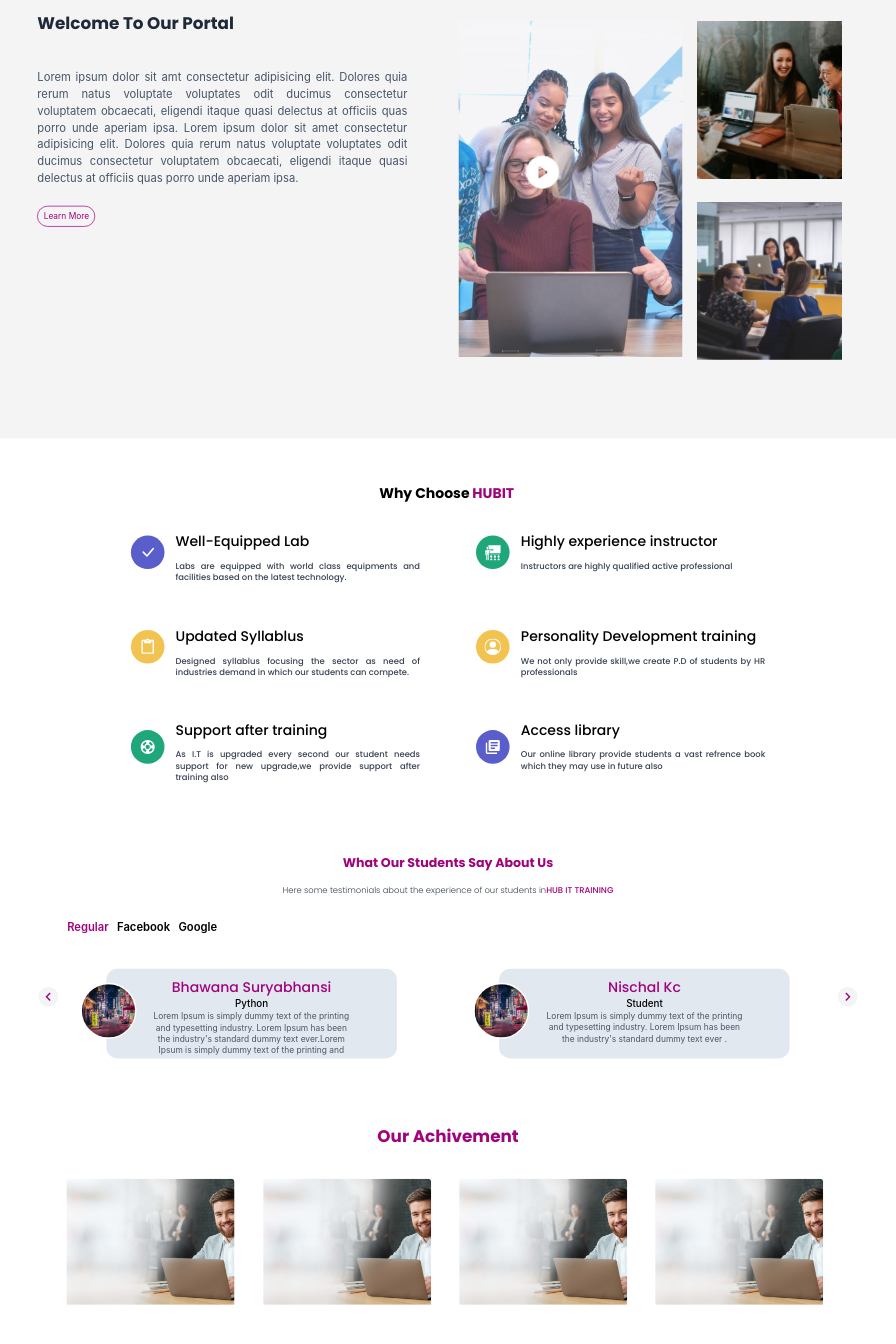
Repository: praveenmunagapati/hgllearnv2
Page: /HomePage
The author's editor kept a copy of each file at every save. The page is drawn from the files as they stood at one save, then again after the next save.
The browser window is 1280 px wide. The pictures show the part of the page from y = 1460 to 3380 px (the page is 5014 px tall), at 70% of full size.
The page's requests for data from a server got no answer. The project was rebuilt for these pictures with package versions that can differ from the ones it lists, and the page was loaded fresh each time. The framework's server and built-in components were replaced by stand-ins that run in the browser. No one was signed in, and anything a server would have sent is missing. Also part of the build but not shown: next.config.js, components/PageComponent/HomePage/Companymoto/Moto.jsx.

Above is the page before, as saved 2023-02-19 16:32:04.

### pages/_app.js
import Analytics from "../components/SEO/Seo";
import "../styles/globals.css";
import "../styles/SCSS/master.scss";

function MyApp({ Component, pageProps }) {
  return <div>
    <Analytics />
    <Component {...pageProps} />
  </div>
}

export default MyApp;

### styles/globals.css
html,
body {
  padding: 0;
  margin: 0;
  font-family: -apple-system, BlinkMacSystemFont, Segoe UI, Roboto, Oxygen,
    Ubuntu, Cantarell, Fira Sans, Droid Sans, Helvetica Neue, sans-serif;
    scroll-behavior: smooth;
    box-sizing: border-box;
}

a {
  color: inherit;
  text-decoration: none;
}

* {
  box-sizing: border-box;
}

.info::-webkit-scrollbar{
  display: none;

}
.info{
  width: 20vw;

}
@tailwind base;
@tailwind components;
@tailwind utilities;

### styles/SCSS/master.scss
@import "./utils.scss";

### components/PageComponent/HomePage/WhyHub/whyHub.js
import { BsCheckLg , BsPersonCircle } from "react-icons/bs";
import { MdOutlineSupport, MdLibraryBooks, MdOutlineContentPaste } from "react-icons/md";
import { GiTeacher } from "react-icons/gi";
const WhyHub = () => {
  let data = [
    {

      icon: <BsCheckLg />,
      title: "Well-Equipped Lab",
      color:"#5A5ECA",
      description:
        "Labs are equipped with world class equipments and facilities based on the latest technology.",
    },
    {
      icon: <GiTeacher />,
      title: "Highly experience instructor",
      color:"#1FA67A",
      description:
        "Instructors are highly qualified active professional",
    },
    {
      icon: <MdOutlineContentPaste />,
      color:"#F2C351",
      title: "Updated Syllablus",
      description:
        "Designed syllablus focusing the sector as need of industries demand in which our students can compete.",
    },
    {
      icon: <BsPersonCircle/>,
      color:"#F2C351",
      title: "Personality Development training",
      description: "We not only provide skill,we create P.D of students by HR professionals",
    },
    {
      icon: <MdOutlineSupport />,
      color:"#1FA67A",
      title: "Support after training",
      description:
        "As I.T is upgraded every second our student needs support for new upgrade,we provide support after training also",
    },
    {
      icon: <MdLibraryBooks />,
      color:"#5A5ECA",
      title: "Access library",
      description:
        "Our online library provide students a vast refrence book which they may use in future also",
    },
  ];

  return (
    <div className="px-4 md:px-8 lg:px-20 xl:px-24 xxl:px-32 w-full h-max my-16 Poppins">
      <div className="flex flex-col lg:flex-col xl:flex-col xxl:flex-col w-full h-max gap-7 items-center justify-center">
        <div className="flex justify-center  w-full lg:w-2/6 xl:w-2/6 xxl:w-2/6 ">
          <div className="w-max text-lg xl:text-xl xxl:text-2xl capitalize Poppins font-bold">
            Why Choose
            <span className="w-max p-1 text-[#a0047d] text-lg xl:text-xl xxl:text-2xl capitalize Poppins font-bold text-justify ">
             HUBIT
          </span>
          </div>

        </div>
        <div className="grid grid-cols-2 md:grid-cols-2 xs:grid-cols-1 lg:grid-cols-3 xl:grid-cols-2 xxl:grid-cols-3 gap-x-20 gap-y-12 w-full lg:w-4/6 xl:w-5/6 xxl:w-5/6">
          {data.map((item,i) => {
            return (
              <div key={i}>
                <div className="flex h-full gap-4 items-center ">
                  <div className={`p-3 text-white  rounded-full text-2xl xxl:text-lg`} style={{
                    background:item.color
                  }}>
                    {item.icon}
                  </div>
                  <div className="h-full w-full flex flex-col ">
                  <div className=" xl:text-sm xxl:text-base w-full h-fit">
                    <h1 className=" text-xl font-medium">{item.title}</h1>
                  </div>
                  <div className="w-full h-full text-justify text-xs xl:text-xs  xxl:text-base text-gray-700">
                    {item.description}
                  </div>
                  </div>
                </div>
              </div>
            );
          })}
        </div>
      </div>
    </div>
  );
};
export default WhyHub;

### pages/HomePage/Home.jsx
import React from "react";
import { AiFillPlayCircle } from "react-icons/ai";
import Icons from "../../components/Navigation/Navitem/iconitem";
import teacher from "../../public/teacher.png";
import Image from "next/image";
import Link from "next/link";

function Home() {
  return (
    <>
      <div
        className="flex flex-col lg:flex-row xl:flex-row xxl:flex-row
          w-full justify-center items-center pb-20 pt-10
        md:px-8 lg:px-20 xl:px-24 xxl:px-32 px-4 bg-[#fafafa]"
      >
        <div className="h-max md:w-3/6 lg:w-3/6 xl:w-3/6 xxl:w-3/ 6 w-full ">
          <div className="flex mb-3">
            {Icons.map((icon, index) => {
              return (
                <div
                  key={index}
                  className="p-1 rounded-full bg-transparent flex justify-center items-center border border-[#A0047D] hover:border-none mr-2"
                >
                  <span className="text-[#A0047D] cursor-pointer hover:scale-90 duration-300 delay-200 transition-all text-base xl:text-lg xxl:text-xl">
                    <Link href={icon.path} passHref>
                      <a target={"_blank"}>{icon.icon}</a>
                    </Link>
                  </span>
                </div>
              );
            })}
          </div>
          <div className="font-bold xl:text-xl xxl:text-2xl text-[#A0047D] mb-1">
            <h1>IT Training Institute in Nepal</h1>
          </div>
          <div className="text-xs xl:text-sm xxl:text-base text-gray-700 pr-6 text-justify">
            <p>
              HUB IT is recognized as one of Nepal’s best global skill
              development and IT training centers. The journey of HUB IT started
              in 2017 with a big dream to bring applied education to the mass
              population at an affordable cost. The main purpose of HUB IT is to
              facilitate, with the best IT-related skills.
            </p>
          </div>
          <div className="flex py-8">
            <button
              className={
                "border-[1.5px] border-[#A0047D] rounded-full mr-6 px-2 text-sm xl:text-base xxl:text-lg text-main hover:scale-105 transition-all ease-in-out duration-300 delay-100 hover:bg-main hover:text-white"
              }
            >
              Explore More...
            </button>
            <div className="">
              <div className="flex gap-1 items-center border-[1.5px] border-main rounded-full py-1 hover:bg-main group">
                <div>
                  <AiFillPlayCircle className="text-3xl text-main ml-1 group-hover:scale-105 transition-all ease-in-out duration-300 delay-100 group-hover:text-white" />
                </div>
                <button className="text-main text-sm xl:text-base xxl:text-lg mr-1 group-hover:scale-105 transition-all ease-in-out duration-300 delay-100 group-hover:text-white">
                  watch now
                </button>
              </div>
            </div>
          </div>
        </div>
        <div className="h-full w-full mt-8  md:mt-4 lg:mt-0 xl:mt-0 mx-auto lg:w-3/6 xl:w-3/6 xxl:w-3/6">
          <div className="relative">
            <div className="ml-[3vw]">
              <Image
                src={teacher}
                alt={"Loading"}
                layout="responsive"
                width={120}
                height={100}
              />
            </div>
            <div className="bg-white shadow-[0px_1px_10px_1px_black] h-max py-3 absolute top-[50%] left-[22%]  w-[200px] ">
              <div className="h-full w-full  relative">
                <div className=" h-full w-full flex flex-col justify-center px-4 ml-3">
                  <div className="text-[12px] font-bold text-[#a0047d] Poppins">
                    Featured Course
                  </div>
                  <div className="text-[10px] font-semibold text-black Poppins">
                    Become a Full Stack Developer with MERN Stack
                  </div>
                </div>
              </div>
            </div>
          </div>
        </div>
      </div>
    </>
  );
}

export default Home;

### components/PageComponent/HomePage/courseStatus.jsx/CourseStatus.jsx
import React,{useState} from 'react'
import {GiOpenBook} from "react-icons/gi"
import {BsArrowRight} from "react-icons/bs"
function CourseStatus() {

  const CourseStatus =[
    {
      color : "#A0047D",
      icon: <GiOpenBook/>,
      counting:"50",
      status:'Running Course',
    },
    {
      color: "#1FA67A",
      icon: <GiOpenBook/>,
      counting:"50",
      status:'Upcomming Course',
    },
    {
      color:"#5A5ECA",
      icon: <GiOpenBook/>,
      counting:"124",
      status:'Total Course',
    },
  ]

  return (
    <div className='w-full flex flex-col items-center px-40 py-10 Poppins'>
      <div className='capitalize flex flex-col items-center h-fit '>
        <div className="p-2 rounded-full bg-main text-white text-2xl ">
          <GiOpenBook/>
        </div>
        <h2>our course status</h2>
      </div>
      <div className="capitalize text-xs font-regular text-gray-600  px-60 text-center leading-6">
        <p>Lorem ipsum dolor sit, amet consectetur adipisicing elit. Quos vitae minima enim inventore cum aut? Sequi deleniti illo neque maxime.</p>
      </div>
      <div className="grid grid-cols-3 gap-16 mt-10  ">
        {
          CourseStatus.map((item,i)=>{
            return(
              <div key={i} className='h-48 grid grid-rows-3  px-10 place-content-center place-items-center text-white rounded-xl' style={{background:item.color}}>
              <div className=' '>
                <h1>{item.icon}</h1>
              </div>
              <div className=" ">
              <h1>{item.counting}</h1>
              </div>
              <div className=" flex items-center gap-2">
              <p>{item.status}</p><BsArrowRight/>
              </div>
              </div>
            )
          })
        }
      </div>
    </div>

  )
}

export default CourseStatus

### components/PageComponent/AboutPage/OurAchivements/OurAchievements.jsx
import React from "react";
import { FaChevronLeft, FaChevronRight } from "react-icons/fa";
import AchivementsCard from "./AchivementsCard";


function OurAchivements() {
  const OurAchivementsCard = [
    {
      image: "/images/hero.jpg",

      name: "certificate of achivements",
      from: "Kings college of academy",
      date: "20 aug,2022",
    },
    {
      image: "/images/hero.jpg",

      name: "certificate of achivements",
      from: "Kings college of academy",
      date: "20 aug,2022",
    },
    {
      image: "/images/hero.jpg",

      name: "certificate of achivements",
      from: "Kings college of academy",
      date: "20 aug,2022",
    },
    {
      image: "/images/hero.jpg",

      name: "certificate of achivements",
      from: "Kings college of academy",
      date: "20 aug,2022",
    },
  ];
  return (
    <div className="flex flex-col px-20 pt-24 w-full ">
      <div className="md:flex lg:flex xl:flex xxl:flex  items-center  w-full  justify-center ">
        <div className="text-2xl  text-main Poppins font-bold capitalize">
          our achivement
        </div>
      </div>
      <div
        className="grid grid-cols-1 place-content-center place-items-center gap-y-8 my-0 mx-auto gap-8 md:grid-cols-2 md:gap-y-8
       lg:gap-y-8 xl:gap-y-0 xxl:gap-y-0 lg:grid-cols-3 xl:grid-cols-4
       xxl:grid-cols-4 pt-11"
      >
        {OurAchivementsCard.map((val, i) => {
          return (
            <div key={i}>
              <AchivementsCard
                image={val.image}
                name={val.name}
                from={val.from}
                date={val.date}
              />
            </div>
          );
        })}
      </div>
      <div className="w-full flex justify-center gap-3 mt-5 md:mt-0 lg:mt-0 xl:mt-0 xxl:mt-0 md:px-11 lg:px-11 xl:px-11 xxl:px-11">
          <div
            className=" p-1.5  flex items-center justify-center  bg-main w-fit rounded-full hover:cursor-pointer"
            // onClick={() => prev()}
          >
            <FaChevronLeft className="w-3 h-3  text-white" />
          </div>
          <div
            // onClick={() => next()}
            className=" p-1.5  flex items-center justify-center  bg-main w-fit rounded-full text-white  hover:cursor-pointer"
          >
            <FaChevronRight className="w-3 h-3  text-white" />
          </div>
        </div>
    </div>
  );
}

export default OurAchivements;

### components/PageComponent/HomePage/SuccessStories/SuccessStories.jsx
import React from "react";
import SuccessStudentCard from "./SuccessStudentCard";
function SuccessStories() {
  const successStudentCard = [
    {
      image: "/images/japan.jpg",
      position: "mid-level web developer",
      placement: "placement at hub it pvt.ltd",
      name: "rasikha gyawali",
      as: "web design",
    },
    {
      image: "/images/japan.jpg",
      position: "mid-level web developer",
      placement: "placement at hub it pvt.ltd",
      name: "rasikha gyawali",
      as: "web design",
    },
    {
      image: "/images/japan.jpg",
      position: "mid-level web developer",
      placement: "placement at hub it pvt.ltd",
      name: "rasikha gyawali",
      as: "web design",
    },
    {
      image: "/images/japan.jpg",
      position: "mid-level web developer",
      placement: "placement at hub it pvt.ltd",
      name: "rasikha gyawali",
      as: "web design",
    },
    {
      image: "/images/japan.jpg",
      position: "mid-level web developer",
      placement: "placement at hub it pvt.ltd",
      name: "rasikha gyawali",
      as: "web design",
    },
  ];
  return (
    <div className=" mt-16 lg:mt-16 xl:mt-16 xxl:my-16  px-24 lg:mb-14 xl:mb-14 xxl:mb-14">
      <div className="md:text-2xl lg:text-2xl xl:text-2xl xxl:text-2xl text-center  text-main Poppins">
        <h2 className="text-xl font-bold capitalize">
          some of our students success stories
        </h2>
      </div>
      <div
        className="grid grid-cols-1 gap-y-8 place-content-center place-items-center  md:grid-cols-2 md:gap-y-8
       lg:gap-y-8 xl:gap-y-0 xl:gap-x-28 xxl:gap-y-0 lg:grid-cols-3 xl:grid-cols-5
       xxl:grid-cols-5 pt-16"
      >
        {successStudentCard.map((val, i) => {
          return (
            <div key={i}>
              <SuccessStudentCard
                image={val.image}
                position={val.position}
                placement={val.placement}
                name={val.name}
                as={val.as}
              />
            </div>
          );
        })}
      </div>
    </div>
  );
}

export default SuccessStories;

### components/PageComponent/HomePage/FindUsOn/finUsOn.jsx
import Link from "next/link";
import Data from "../../../Navigation/Navitem/findusicon";

const FindUsOn = () => {
  return (
    <div className="px-4 md:px-8 lg:px-20 xl:px-24 xxl:px-32 mt-16 flex flex-col items-center ">
      <div className="w-max text-[#a0047d] xl:text-xl xxl:text-2xl capitalize Poppins font-bold my-10">
        <h2>Find Us On</h2>
      </div>
      <div className="  grid  grid-cols-3 lg:grid-cols-6 xl:grid-cols-6 xxl:grid-cols-6  gap-10 flex-wrap justify-around my-6 w-full">
        {Data.map((item, index) => {
          return (
            <div
              key={index}
              className="flex flex-col items-center w-max shadow-[0px_0px_2px_0px_gray] px-5
              rounded-md py-2 xxl:px-6 cursor-pointer  hover:scale-105 transition-all
              hover:shadow-[0px_0px_2px_0px_blue]  duration-200"
            >
              <div className="text-4xl xl:text-5xl xxl:text-6xl">
                <Link href={item.path} passHref>
                  <a target={"_blank"}>{item.icon}</a>
                </Link>
              </div>
              <div className="text-base xl:text-lg xxl:text-xl Poppins">
                500
              </div>
              <div className="text-xs xl:text-sm xxl:text-base text-gray-500 capitalize">
                followers
              </div>
            </div>
          );
        })}
      </div>
    </div>
  );
};
export default FindUsOn;

### components/PageComponent/AboutPage/What ClientsSays/TabComponents/Regular.jsx
import React from "react";
import { MdKeyboardArrowLeft, MdKeyboardArrowRight } from "react-icons/md";
import Image from "next/image";

function Regular({ clientDetails, StartValue, EndValue, prev, next }) {
  return (
    <div>
      <div className="flex justify-center  items-center px-8">
        <div
          className=" bg-gray-100 p-0.5 rounded-full text-main cursor-pointer"
          onClick={() => prev(clientDetails)}
        >
          <MdKeyboardArrowLeft className="w-6 h-6" />
        </div>
        <div className="w-11/12 h-11/12 md:h-[20vh] lg:h-[20vh] xl:w-11/12 xxl:w-11/12">
          <div
            className="grid gap-2 text-center md:grid-cols-1
         lg:grid-cols-2 xl:grid-cols-2 xxl:grid-cols-2  pt-12"
          >
            {clientDetails?.slice(StartValue, EndValue)?.map((val, i) => {
              return (
                <div key={i} className="flex w-full relative">
                  <div
                    className="w-20 h-20 absolute left-8 top-5 border-2 lg:w-12 xl:w-20 xxl:w-20
                 border-white rounded-full "
                  >
                    <Image
                      src={val.image}
                      height={70}
                      width={70}
                      alt="Loading ..."
                      layout="responsive"
                      objectFit={"cover"}
                      className="rounded-full "
                    />
                  </div>
                  {/* testing lai height fit rakhya chu hai */}
                  <div className="  h-32 w-9/12 mx-auto rounded-2xl px-16 py-3 text-center bg-slate-200 ">
                    <div className="text-main Poppins font-medium capitalize text-sm md:text-sm lg:text-xl xl:text-xl xxl:text-xl">
                      {val.name}
                    </div>
                    <div className="text-sm my-.5 font-medium capitalize">
                      {val.title}
                    </div>
                    <div className="text-xs h-16 text-gray-600 pb-4 w-full overflow-scroll info ">
                      {val.description}
                    </div>
                  </div>
                </div>
              );
            })}
          </div>
        </div>
        <div
          className=" bg-gray-100 p-0.5 rounded-full text-main cursor-pointer"
          onClick={() => next(clientDetails)}
        >
          <MdKeyboardArrowRight className="w-6 h-6" />
        </div>
      </div>
    </div>
  );
}

export default Regular;

### components/PageComponent/AboutPage/OurAchivements/AchivementsCard.jsx
import React from "react";
import Image from "next/image";

function AchivementsCard({ image, name, from, date }) {
  return (
    <div
      className="
    transition-all cursor-pointer duration-300 ease-linear  w-fit
      pb-5 rounded-lg"
    >
      <div className="w-60 h-52 ">
        <Image
          src={image}
          height={45}
          width={60}
          alt="Loading ..."
          layout="responsive"
          objectFit="cover"
          placeholder="blur"
          blurDataURL={image}
          className="borderRadiusTop  "
        />
      </div>
      <div className=" px-4  flex flex-col items-center justify-center my-6  ">
        <div className="Poppins capitalize font-medium text-gray-800 text-[16px]">
          {name}
        </div>
        <div className="text-gray-600 font-medium text-[14px]">
          From: {from}
        </div>
        <div className="text-gray-500 font-regular capitalize text-[12px]">
          {date}
        </div>
      </div>
    </div>
  );
}

export default AchivementsCard;

### components/PageComponent/HomePage/SuccessStories/SuccessStudentCard.jsx
import React from "react";
import Image from "next/image";

function SuccessStudentCard({ image, placement, as, name, position }) {
  return (
    <div
      className="shadow-xl shadow-gray-400 hover:scale-105 transition-all
    cursor-pointer duration-300 ease-linear  w-fit   capitalize pb-5 rounded-md"
    >
      <div className="w-56">
        <Image
          src={image}
          height={85}
          width={100}
          alt="Loading ..."
          layout="responsive"
          objectFit="cover"
          placeholder="blur"
          blurDataURL={image}
          className="borderRadiusTop"
        />
      </div>
      <div className="px-2 relative ">
        <div
          className="text-white text-[10px] bg-[#0468A0] capitalize  absolute  -top-3
        rounded-sm px-1 py-1 w-fit"
        >
          {position}
        </div>
        <div className=" Poppins text-sm capitalize  pt-6">{placement}</div>
        <div className=" w-full h-0.5 bg-gray-100 my-3"></div>

        <div className=" Poppins text-[11px] flex justify-between">
          <div className="text-gray-600">{name}</div>
          <div className="text-main">{as}</div>
        </div>
      </div>
    </div>
  );
}

export default SuccessStudentCard;

Loaded but not shown: components/PageComponent/HomePage/PlacementPartners/placementPartners.js (43 lines, source omitted); tailwind.config.js (45 lines, source omitted); components/Navigation/Navitem/findusicon.js (17 lines, source omitted); components/SEO/Seo.js (25 lines, source omitted); components/Navigation/Navitem/iconitem.js (13 lines, source omitted); components/PageComponent/HomePage/PopularCourses/PopularCourses.jsx (402 lines, source omitted); styles/SCSS/utils.scss (460 lines, source omitted); components/PageComponent/AboutPage/What ClientsSays/WhatClientsSays.jsx (204 lines, source omitted); pages/HomePage/index.jsx (130 lines, source omitted); components/PageComponent/HomePage/LetsCallSection/CallSection.jsx (133 lines, source omitted); components/PageComponent/HomePage/WelcomePortal/WelcomePortal.jsx (110 lines, source omitted)

After the next save:
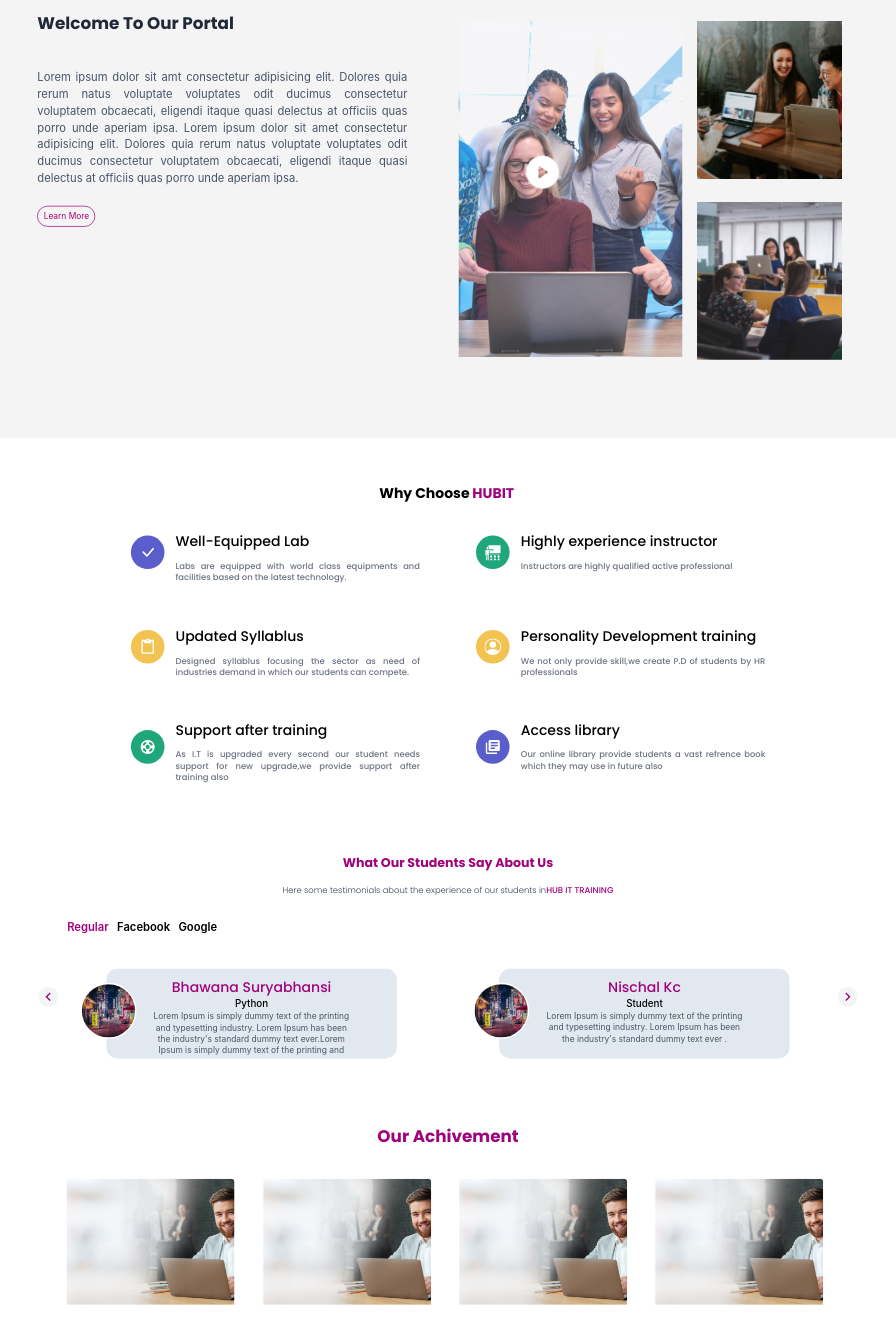
Saved 26 s later.
--- a/components/PageComponent/HomePage/WhyHub/whyHub.js
+++ b/components/PageComponent/HomePage/WhyHub/whyHub.js
@@ -73,7 +73,7 @@
                   <div className=" xl:text-sm xxl:text-base w-full h-fit">
                     <h1 className=" text-xl font-medium">{item.title}</h1>
                   </div>
-                  <div className="w-full h-full text-justify text-xs xl:text-xs  xxl:text-base text-gray-700">
+                  <div className="w-full h-full text-justify text-xs xl:text-xs  xxl:text-base text-gray-500">
                     {item.description}
                   </div>
                   </div>
